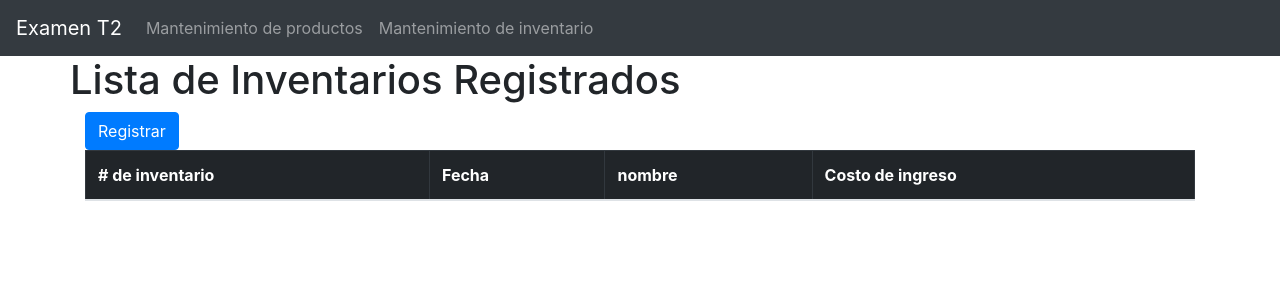
Repository: cartulina68/LP2_Examen2_Rosas
Page: http://localhost/inventario/index
The author's editor kept a copy of each file at every save. The page is drawn from the files as they stood at one save, then again after the next save.
The browser window is 1280 px wide. The pictures show the whole page.
The page is this project's Thymeleaf template; nobody is signed in. The template is opened directly, without the code that normally fills it, so the values that code supplies are empty.

Above is the page before, as saved 2024-10-12 03:13:26.

### Spring/BD_T2_Inventario/src/main/resources/templates/inventario/index.html
<!DOCTYPE html>
<html xmlns:th="http://www.thymeleaf.org">
<head>
<meta charset="UTF-8">
<title>Inventario</title>
</head>
<link rel="stylesheet"
	href="https://maxcdn.bootstrapcdn.com/bootstrap/4.0.0/css/bootstrap.min.css"
	integrity="sha384-Gn5384xqQ1aoWXA+058RXPxPg6fy4IWvTNh0E263XmFcJlSAwiGgFAW/dAiS6JXm"
	crossorigin="anonymous">
<body>
	<nav class="navbar navbar-expand-md bg-dark navbar-dark">
		<!-- Brand -->
		<a class="navbar-brand" href="#">Examen T2</a>

		<!-- Toggler/Collapse Button -->
		<button class="navbar-toggler" type="button" data-toggle="collapse"
			data-target="#collapsibleNavbar">
			<span class="navbar-toggler-icon"></span>
		</button>

		<!-- Navbar links -->
		<div class="collapse navbar-collapse" id="collapsibleNavbar">
			<ul class="navbar-nav">
				<li class="nav-item"><a class="nav-link" th:href="@{/producto/index}">Mantenimiento de productos</a></li>
				<li class="nav-item"><a class="nav-link" th:href="@{/inventario/index}">Mantenimiento de inventario</a></li>
			</ul>
		</div>
	</nav>
	<div class="container">


		<div class="row">
			<h1>Lista de Inventarios Registrados</h1>
		</div>

			<a th:href="@{/inventario/new}" class="btn btn-primary">Registrar</a>



		<table class="table table-striped table-bordered">
			<thead class="table-dark">
				<tr>
					<th># de inventario</th>
					<th>Fecha</th>
					<th>nombre</th>
					<th>Costo de ingreso</th>
				</tr>
			</thead>
			<tbody>
				<tr th:each="inventario: ${inventarios}">
					<td th:text="${inventario.nroInventario}"></td>
					<td th:text="${inventario.fecha}"></td>
					<td th:text="${inventario.idProd.nomProd}"></td>
					<td th:text="${inventario.costoIngreso}"></td>



					<td>
						<a th:href="@{/inventario/edit/{id}(id=${inventario.nroInventario})}" class="btn btn-primary">Actualizar</a>
					</td>
				</tr>
			</tbody>
		</table>
	</div>

</body>
</html>

After the next save:
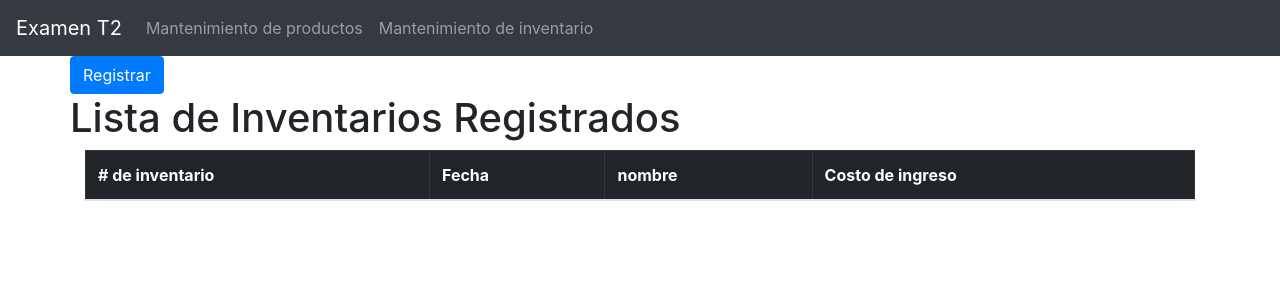
Saved 23 s later.
--- a/Spring/BD_T2_Inventario/src/main/resources/templates/inventario/index.html
+++ b/Spring/BD_T2_Inventario/src/main/resources/templates/inventario/index.html
@@ -31,11 +31,12 @@
 
 
 		<div class="row">
+			<a th:href="@{/inventario/new}" class="btn btn-primary">Registrar</a>
+		</div>
+
+		<div class="row">
 			<h1>Lista de Inventarios Registrados</h1>
 		</div>
-
-			<a th:href="@{/inventario/new}" class="btn btn-primary">Registrar</a>
-
 
 
 		<table class="table table-striped table-bordered">
